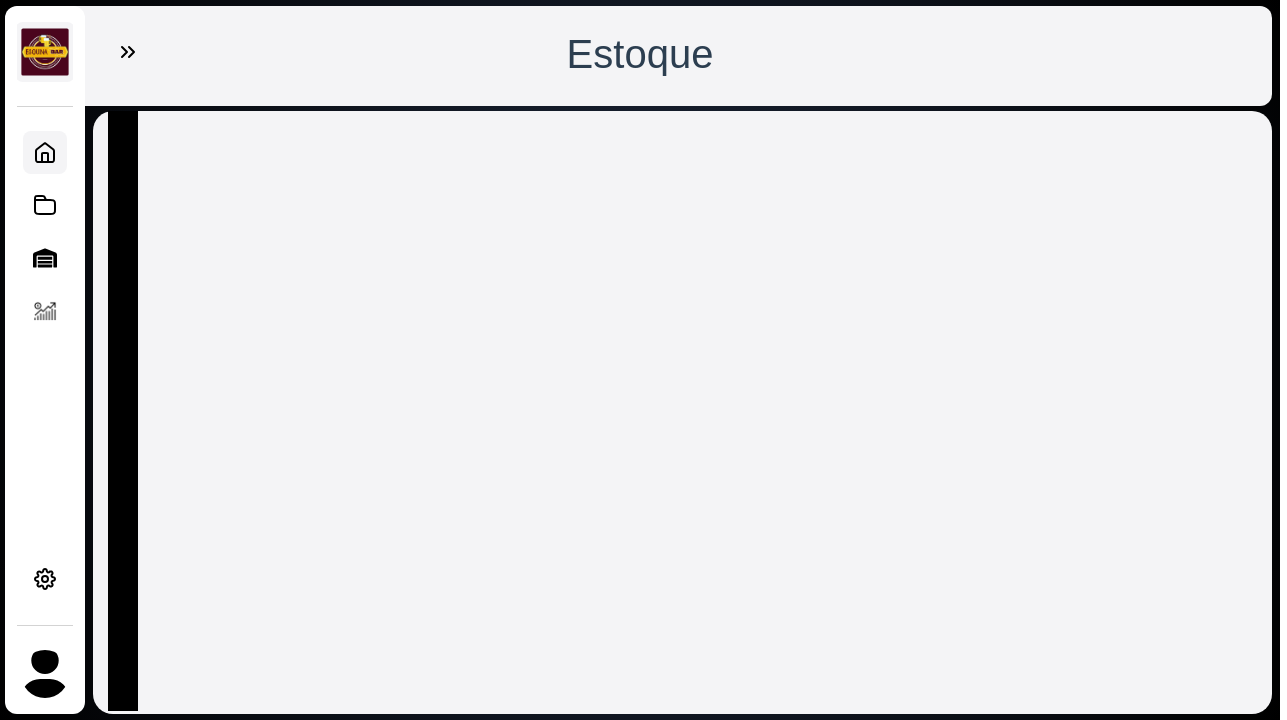
Repository: jazaoo13/Projeto_Oficina_Integracao
Page: / (app in Aplicacao_vue/)
An editor plug-in stored every save of this project. The page is shown before and after the next save, followed by the edit.
The browser window is 1280 px wide. The page is 1287 px wide, so the pictures cover 1287 px, including what lies to the right of the window. The pictures show the whole page.
The page's requests for data from a server got no answer. The project was rebuilt for these pictures with package versions that can differ from the ones it lists, and the page was loaded fresh each time. No one was signed in, and anything a server would have sent is missing. Also part of the build but not shown: Aplicacao_vue/vue.config.js, Aplicacao_vue/src/View/jazao.vue.

Above is the page before, as saved 2023-11-19 15:02:41.

After the next save:
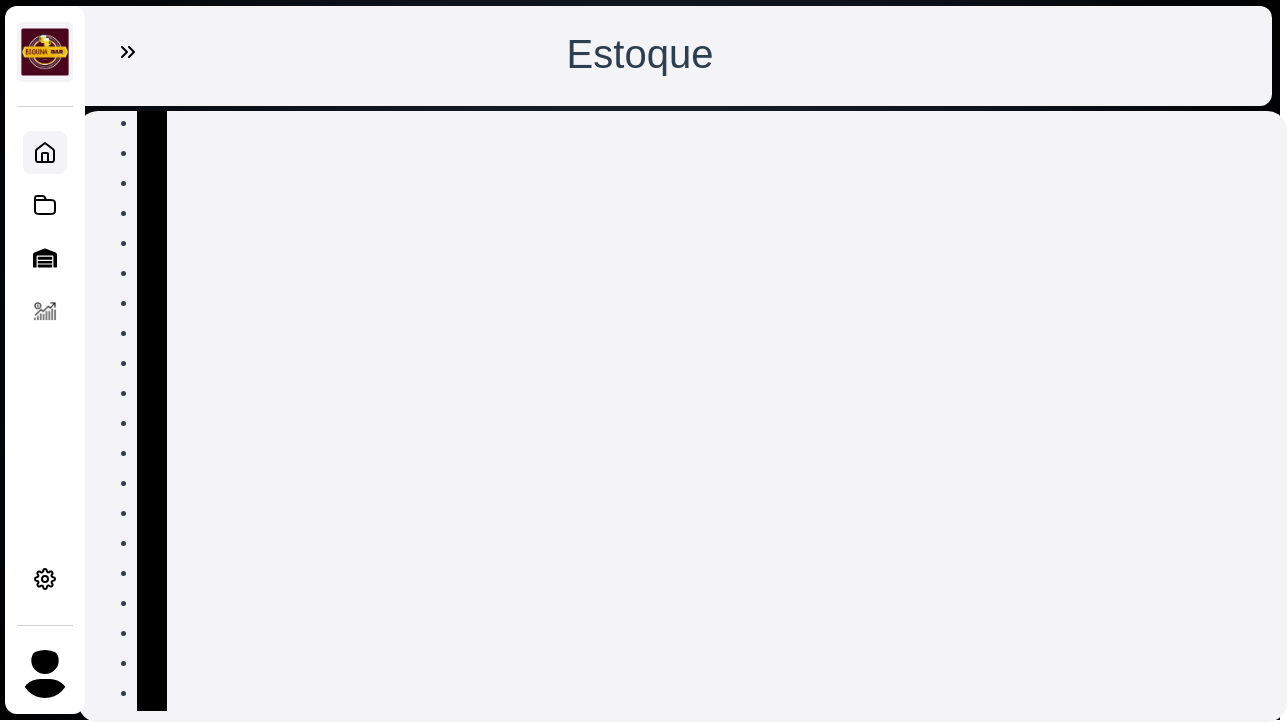
Saved 2 min 38 s later.
--- a/Aplicacao_vue/src/components/EstoqueView.vue
+++ b/Aplicacao_vue/src/components/EstoqueView.vue
@@ -1,28 +1,31 @@
-<template>
-    <div class="backPage" :class="{ 'isActive': this.$store.state.isActive }">
-        <div class="container-fluid">
-        <div class="items"></div>
-        <div class="items"></div>
-        <div class="items"></div>
-        <div class="items"></div>
-        <div class="items"></div>
-        <div class="items"></div>
-        <div class="items"></div>
-        <div class="items"></div>
-        <div class="items"></div>
-        <div class="items"></div>
-        <div class="items"></div>
-        <div class="items"></div>
-        <div class="items"></div>
-        <div class="items"></div>
-        <div class="items"></div>
-        <div class="items"></div>
-        <div class="items"></div>
-        <div class="items"></div>
-        <div class="items"></div>
-        <div class="items"></div>
+    <template>
+    <div class="row">
+        <div class="backPage" :class="{ 'isActive': this.$store.state.isActive }">
+            <div class="container-fluid">
+                <ul>
+                    <li class="items"></li>
+                    <li class="items"></li>
+                    <li class="items"></li>
+                    <li class="items"></li>
+                    <li class="items"></li>
+                    <li class="items"></li>
+                    <li class="items"></li>
+                    <li class="items"></li>
+                    <li class="items"></li>
+                    <li class="items"></li>
+                    <li class="items"></li>
+                    <li class="items"></li>
+                    <li class="items"></li>
+                    <li class="items"></li>
+                    <li class="items"></li>
+                    <li class="items"></li>
+                    <li class="items"></li>
+                    <li class="items"></li>
+                    <li class="items"></li>
+                    <li class="items"></li>
+                </ul>
+            </div>
         </div>
-
     </div>
 </template>
 
